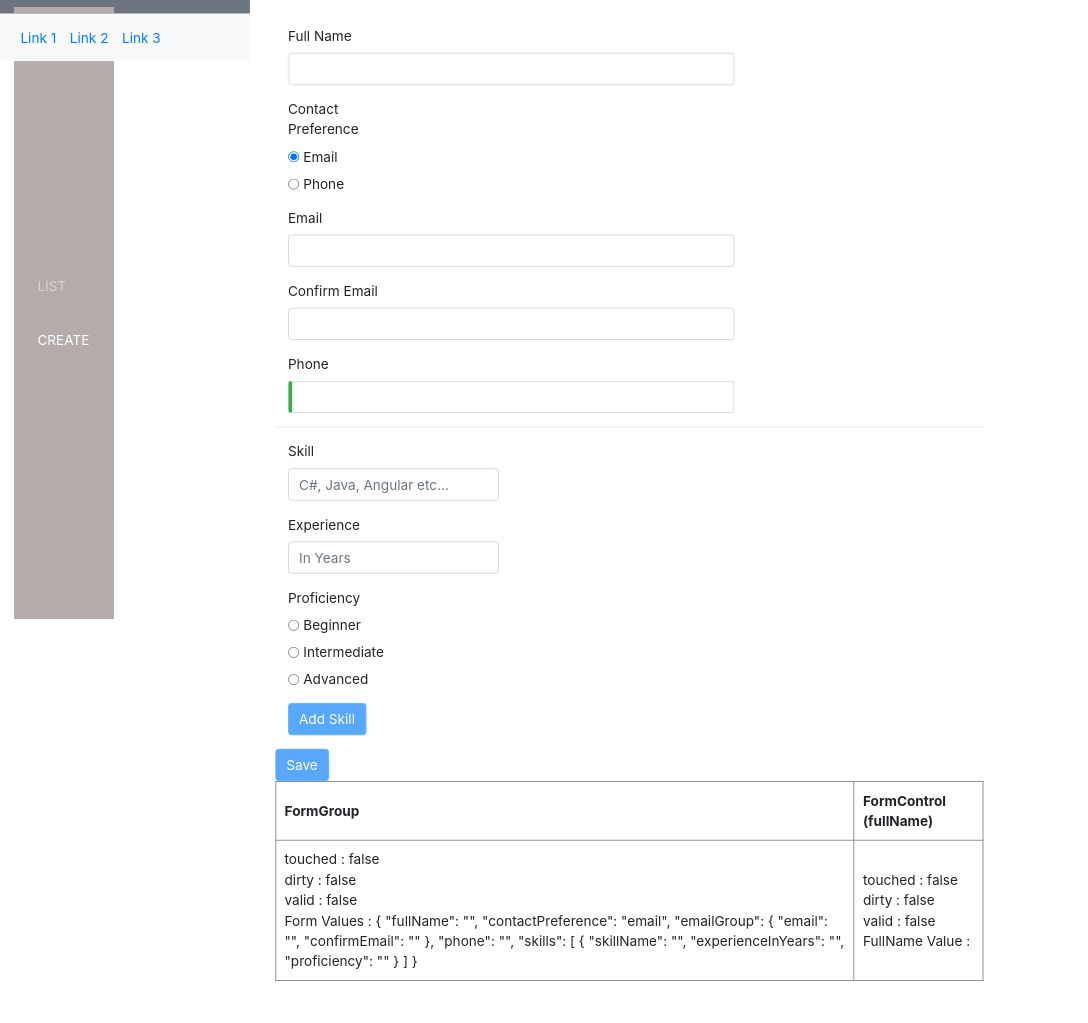
Repository: hanumanthnbalu/NG_FORMS
Page: /create-employees
An editor plug-in stored every save of this project. The page is shown before and after the next save, followed by the edit.
The browser window is 1280 px wide. The pictures show the whole page, at 85% of full size.
Some web libraries are served in a nearby version. The project was rebuilt for these pictures with package versions that can differ from the ones it lists, and the page was loaded fresh each time. Also part of the build but not shown: angular.json, src/app/not-found/not-found.component.ts, src/app/forms/list-employee/list-employee.component.ts.

Above is the page before, as saved 2019-09-25 22:09:16.

After the next save:
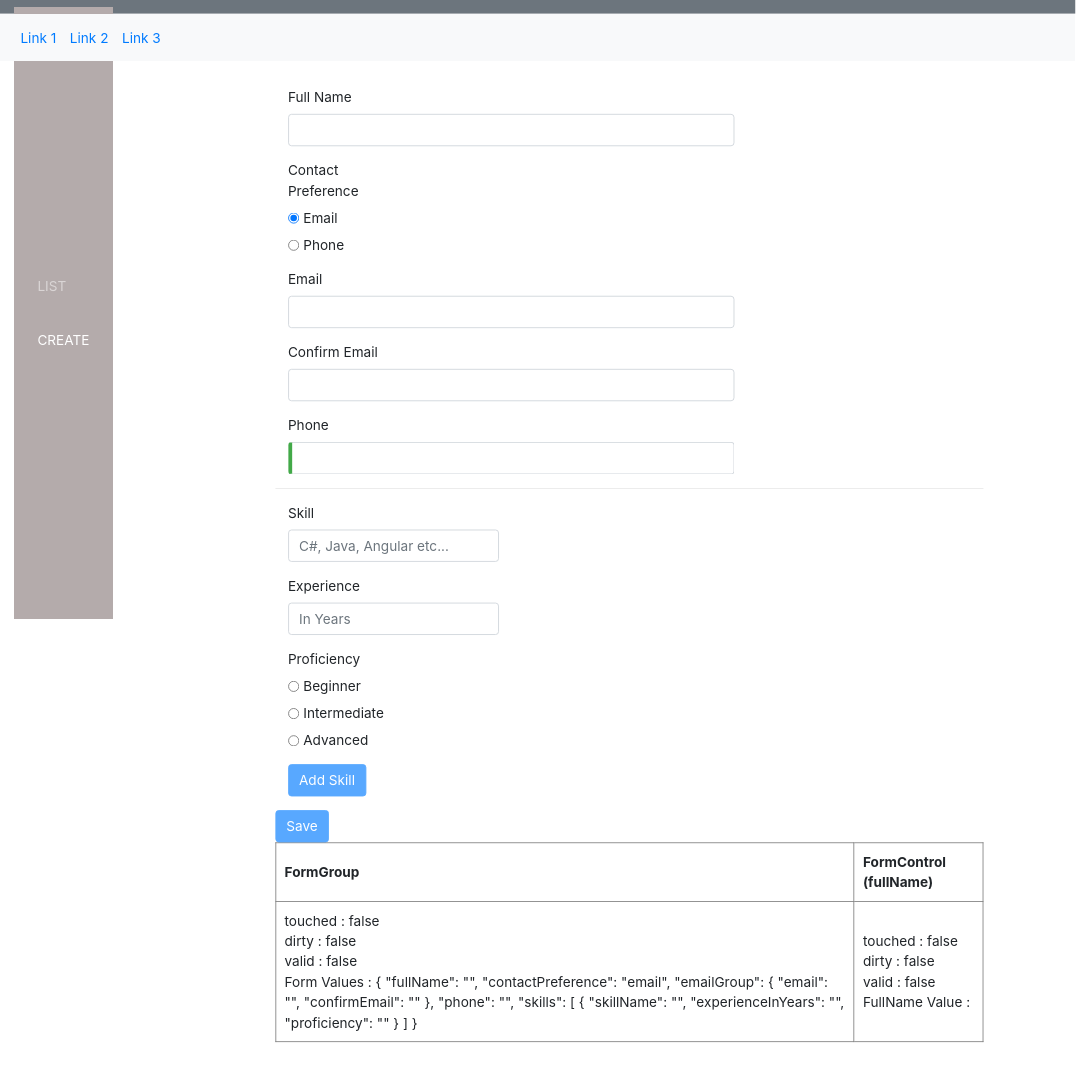
Saved 20 s later.
--- a/src/app/app.component.html
+++ b/src/app/app.component.html
@@ -1,7 +1,7 @@
 <div class="container-fluid" style="padding-left: 0px">
+  <app-header></app-header>
   <div class="row">
     <div class="col-md-3 col-xs-12">
-      <app-header></app-header>
     </div>
     <div class="col-md-8 col-xs-12 top-30">
       <router-outlet></router-outlet>
